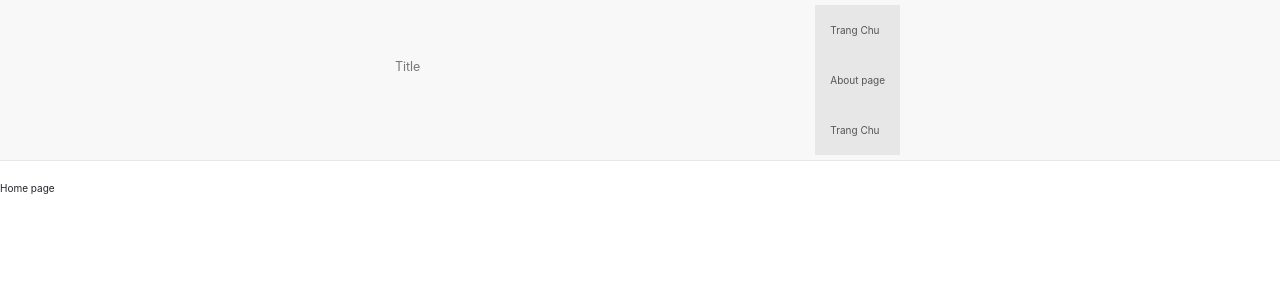
Repository: hntvip/react-route
Page: /
The author's editor kept a copy of each file at every save. The page is drawn from the files as they stood at one save, then again after the next save.
The browser window is 1280 px wide. The pictures show the whole page.
The project was rebuilt for these pictures with package versions that can differ from the ones it lists, and the page was loaded fresh each time. Also part of the build but not shown: src/App.css, src/components/About.js, src/components/Contact.js.

Above is the page before, as saved 2019-11-27 17:07:17.

### public/index.html
<!DOCTYPE html>
<html lang="en">
  <head>
    <meta charset="utf-8" />
    <link rel="icon" href="%PUBLIC_URL%/favicon.ico" />
    <meta name="viewport" content="width=device-width, initial-scale=1" />
    <meta name="theme-color" content="#000000" />
    <meta
      name="description"
      content="Web site created using create-react-app"
    />
    <link rel="apple-touch-icon" href="logo192.png" />
    <!--
      manifest.json provides metadata used when your web app is installed on a
      user's mobile device or desktop. See https://developers.google.com/web/fundamentals/web-app-manifest/
    -->
    <link rel="manifest" href="%PUBLIC_URL%/manifest.json" />
    <!--
      Notice the use of %PUBLIC_URL% in the tags above.
      It will be replaced with the URL of the `public` folder during the build.
      Only files inside the `public` folder can be referenced from the HTML.

      Unlike "/favicon.ico" or "favicon.ico", "%PUBLIC_URL%/favicon.ico" will
      work correctly both with client-side routing and a non-root public URL.
      Learn how to configure a non-root public URL by running `npm run build`.
    -->
    <title>React App</title>

    <!-- Latest compiled and minified CSS & JS -->
    <link rel="stylesheet" media="screen" href="//netdna.bootstrapcdn.com/bootstrap/3.3.4/css/bootstrap.min.css">
    <script src="//code.jquery.com/jquery.js"></script>
    <script src="//netdna.bootstrapcdn.com/bootstrap/3.3.4/js/bootstrap.min.js"></script>

  </head>
  <body>
    <noscript>You need to enable JavaScript to run this app.</noscript>
    <div id="root"></div>
    <!--
      This HTML file is a template.
      If you open it directly in the browser, you will see an empty page.

      You can add webfonts, meta tags, or analytics to this file.
      The build step will place the bundled scripts into the <body> tag.

      To begin the development, run `npm start` or `yarn start`.
      To create a production bundle, use `npm run build` or `yarn build`.
    -->
  </body>
</html>

### src/index.js
import React from 'react';
import ReactDOM from 'react-dom';
import './index.css';
import App from './App';
import * as serviceWorker from './serviceWorker';

import '../node_modules/bootstrap/dist/css/bootstrap.css';

ReactDOM.render(<App />, document.getElementById('root'));

// If you want your app to work offline and load faster, you can change
// unregister() to register() below. Note this comes with some pitfalls.
// Learn more about service workers: https://bit.ly/CRA-PWA
serviceWorker.unregister();

### src/App.js
import React from 'react';
import './App.css';
import { BrowserRouter as Router, Route, NavLink} from 'react-router-dom';
import About from './components/About';
import Home from './components/Home';
import Contact from './components/Contact';
const MenuLink = ({label, to, activeOnlyWhenExact}) => {
  return (
    <Route path={to} exact={activeOnlyWhenExact} children={(match)=>{
      var active = match ? 'active': 'abc'
      return (
        <li className={active}>
          <NavLink to={to} className="my-link"> {label}</NavLink>
        </li>
      )
    }} >

    </Route>
  )
}
function App() {
  return (
    <Router>
      <nav class="navbar navbar-default navbar-fixed-top" role="navigation">
        <a class="navbar-brand" href="#">Title</a>
        <ul class="nav navbar-nav">
          <MenuLink to="/" label="Trang Chu" activeOnlyWhenExact="true"/>
          <MenuLink to="/about" label="About page" activeOnlyWhenExact="true"/>
          <MenuLink to="/contact" label="Trang Chu" activeOnlyWhenExact="true"/>
        </ul>
      </nav>
      {/* Noi Dung */}
      <Route path="/" exact component={Home}></Route>
        <Route path="/contact" component={Contact}></Route>
        <Route path="/about" component={About}></Route>

    </Router>
  );
}

export default App;

### src/components/Home.js
import React from 'react';

function Home() {
  return (
    <div>Home page</div>
  );
}

export default Home;

Loaded but not shown: src/index.css (common file); src/serviceWorker.js (common file)

After the next save:
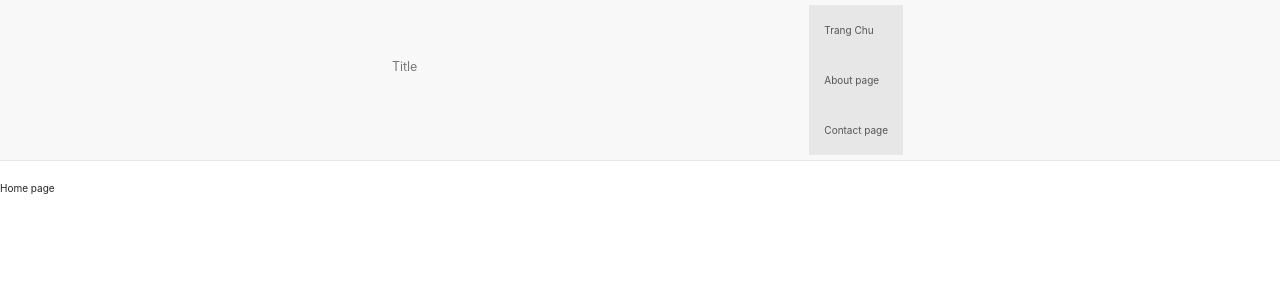
Saved 9 s later.
--- a/src/App.js
+++ b/src/App.js
@@ -26,7 +26,7 @@ function App() {
         <ul class="nav navbar-nav">
           <MenuLink to="/" label="Trang Chu" activeOnlyWhenExact="true"/>
           <MenuLink to="/about" label="About page" activeOnlyWhenExact="true"/>
-          <MenuLink to="/contact" label="Trang Chu" activeOnlyWhenExact="true"/>
+          <MenuLink to="/contact" label="Contact page" activeOnlyWhenExact="true"/>
         </ul>
       </nav>
       {/* Noi Dung */}
